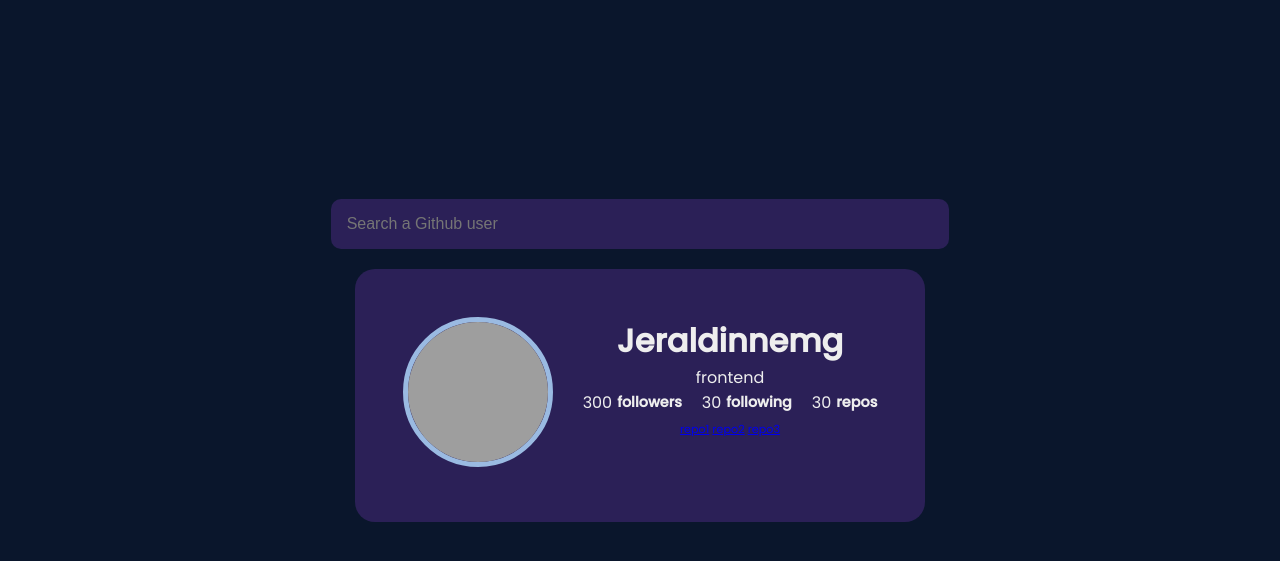
Repository: jeraldinnemg/githubprofile
Page: index.html
These files come from the project's save history. The page is drawn as it stood at one moment and after the next save; the edit follows.
The browser window is 1280 px wide. The pictures show the whole page.
Pictures or frames that could not be fetched are drawn as grey boxes.

Above is the page before, as saved 2022-09-16 23:54:12.

### index.html
<!DOCTYPE html>
<html lang="en">
<head>
    <meta charset="UTF-8">
    <meta http-equiv="X-UA-Compatible" content="IE=edge">
    <meta name="viewport" content="width=device-width, initial-scale=1.0">
    <link rel="stylesheet" href="style.css">
    <title>Github profiles</title>
</head>
<body>


    <div class="container">
        <form class="user-form">
            <input type="text" placeholder="Search a Github user">
        </form>
        <main class="card">

            <div class="profile-image">
                <img src="https://randomuser.me/api/portraits/men/30.jpg" alt="">
            </div>
            <div class="profile-content">
                <h1>Jeraldinnemg</h1>
                <p> frontend</p>
                    <ul>
                        <li>300 <strong>followers</strong></li>
                        <li>30 <strong>following</strong></li>
                        <li>30 <strong>repos</strong></li>
                    </ul>
                <div class="user-repos">
                    <a href="#" class="repo">repo1</a>
                    <a href="#" class="repo">repo2</a>
                    <a href="#" class="repo">repo3</a>
                </div>
            </div>


        </main>

    </div>


    <script src="script.js"></script>
</body>
</html>

### style.css
@import url('https://fonts.googleapis.com/css2?family=Poppins:wght@400;500&display=swap');

* {
    margin:0;
    padding:0;
    box-sizing: border-box;
}

body {
    font-family: 'Poppins', 'sans-serif';
    font-size:1rem;
    background-color: #0a162c;
    color: #fff;
    display: flex;
    flex-direction: column;
    justify-content: center;
    align-items: center;
    height: 100vh;
}

.container {

    display: flex;
    flex-direction: column;
    justify-content: center;
    align-items: center;
    text-align: center;

    gap:20px;
}
.user-form {
    width:100%;
    max-width: 700px;
}

.user-form input{
    width:100%;
    display: block;
    background-color: #2b2057;
    border: none;
    border-radius: 10px;
    padding: 1em;
    font-size: 1rem;
    color:#fff;
    box-shadow:  0 5px 10px rgba(154, 160, 185, 0.05),
    0 15px 40px rgba(0, 0, 0, 0.1px) ;
}
user-form input::placeholder{
    color: #bbb;
}
.user-form input:focus{
    outline: none;
}

input:focus{
    border: none;
}

ul {
    list-style: none;
}

.card {
    max-width: 800px;
    display: flex;
    flex-direction: row;
    justify-content: space-around;
    background-color: #2b2057;
    box-shadow:  0 5px 10px rgba(154, 160, 185, 0.05),
    0 15px 40px rgba(0, 0, 0, 0.1px) ;
    padding: 3em;
    margin: 0 1.5rem;
    border-radius: 20px;
    gap:30px;
}

img {
    border-radius: 50%;
    border: 5px solid #9abae2;
    height: 150px;
    width: 150px;;
}

.profile-content {
    color: #eee;
}

.profile-content ul{
    list-style-type: none;
    display: flex;
    justify-content: space-between;
    padding: 0;
    max-width: 400px;
    gap:20px;
}

.profile-content ul li {
    display: flex;
    align-items: center;
    gap:5px;
}

.profile-content ul li strong {
    font-size: 0.9rem;
    margin-left: 0.5;
}

.user-repos{
    display: inline-block;
    text-decoration: none;
    font-size:0.7rem;
    padding: 0.25em 0.5em;
    margin-bottom: 0.5em;
    color: #eee;
}

Loaded but not shown: script.js (no copy from this time; the picture is the same without it)

After the next save:
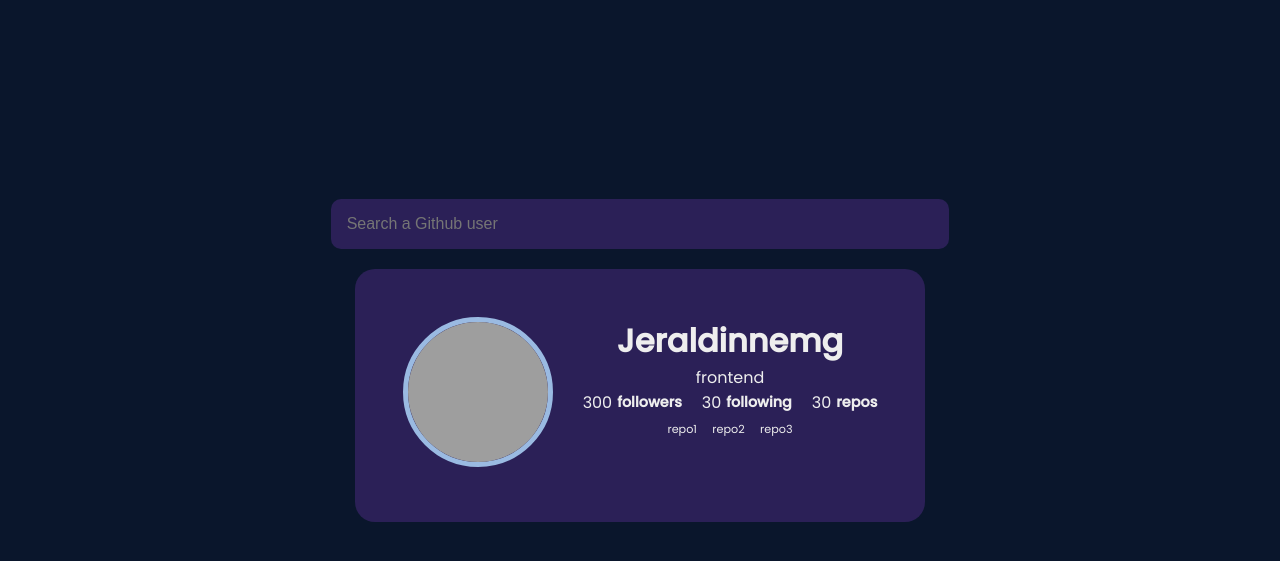
Saved 5 s later.
--- a/style.css
+++ b/style.css
@@ -105,7 +105,7 @@ img {
     margin-left: 0.5;
 }
 
-.user-repos{
+.user-repos a{
     display: inline-block;
     text-decoration: none;
     font-size:0.7rem;
